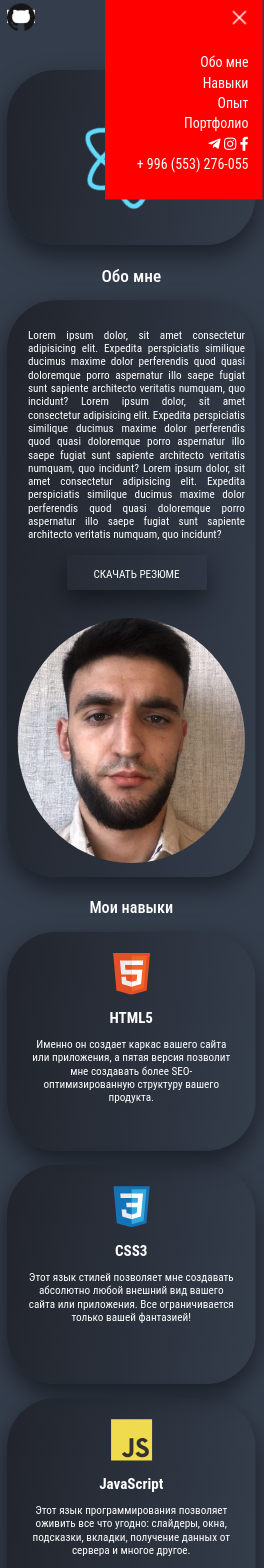
Repository: aligadzhiev0595/my-portfolio
Page: index.html
An editor plug-in stored every save of this project. The page is shown before and after the next save, followed by the edit.
The browser window is 375 px wide. The page is 377 px wide, so the pictures cover 377 px, including what lies to the right of the window. The pictures show the part of the page from y = 0 to 2240 px (the page is 5534 px tall), at 70% of full size.
After loading, the first visible `div.burger` was clicked once.
The style sheet was rebuilt from its Sass, Less or Tailwind sources for each picture, by a compiler version that may differ from the author's.

Above is the page before, as saved 2021-05-09 23:00:37.
Console error: TypeError: Cannot read properties of null (reading 'classList')

### index.html
<!DOCTYPE html>
<html lang="en">

<head>
  <meta charset="UTF-8">
  <meta name="viewport" content="width=device-width, initial-scale=1.0">
  <link rel="icon" href="./favicon-32x32.png" type="image/x-icon">
  <link rel="stylesheet" href="./src/css/style.css">
  <title>Portfolio</title>
</head>

<body data-mdb-spy="scroll" data-mdb-target="#scrollspy" data-mdb-offset="0">

  <header class="header fixed-top">
    <div class="container">
      <a href="https://github.com/hopetodie" class="header__brand" target="_blank">
        <img class="header__img" src="./src/image/header/GitHub-Mark-32px.png" alt="brand img-fluid">
      </a>
      <nav id="scrollspy" class="nav">
        <ul class="nav__list">
          <li class="nav__item">
            <a class="nav__link" href="#about-me">Обо мне</a>
          </li>
          <li class="nav__item">
            <a class="nav__link" href="#skills">Навыки</a>
          </li>
          <li class="nav__item">
            <a class="nav__link" href="#experience">Опыт</a>
          </li>
          <li class="nav__item">
            <a class="nav__link" href="#portfolio">Портфолио</a>
          </li>
        </ul>
        <ul class="nav__list flex-row justify-content-end">
          <li class="nav__item">
            <a class="nav__link" href="https://t.me/hopetodiex" target="_blank"><i
                class="fab fa-telegram-plane"></i></a>
          </li>
          <li class="nav__item">
            <a class="nav__link" href="https://www.instagram.com/ali.gadjiev05" target="_blank"><i
                class="fab fa-instagram"></i></a>
          </li>
          <li class="nav__item">
            <a class="nav__link" href="https://www.facebook.com/" target="_blank"><i class="fab fa-facebook-f"></i></a>
          </li>
        </ul>
        <a class="nav__phone" href="tel:996553276055">+ 996 (553) 276-055 </a>
      </nav>
      <div class="burger">
        <span class="burger__line"></span>
      </div>
    </div>
  </header>
  <main>
    <section class="react-animation">
      <div class="container">
        <div class="row">
          <div class="col">
            <div class="wrapper">
              <img class="wrapper__logo" src="./src/image/react/logo.svg" alt="">
            </div>
          </div>
          <div class="col">
            <div class="wrapper">
              <img class="wrapper__logo" src="./src/image/react/logo.svg" alt="">
            </div>
          </div>
          <div class="col">
            <div class="wrapper">
              <img class="wrapper__logo" src="./src/image/react/logo.svg" alt="">
            </div>
          </div>
          <div class="col">
            <div class="wrapper">
              <img class="wrapper__logo" src="./src/image/react/logo.svg" alt="">
            </div>
          </div>
        </div>
      </div>
    </section>
    <section class="about-me" id='about-me'>
      <div class="container">
        <h2 class="about-me__title">Обо мне</h2>
        <div class="about-me__block">
          <div class="wrapper1 wrapper">

            <p class="wrapper__subtitle">
              Lorem ipsum dolor, sit amet consectetur adipisicing elit. Expedita perspiciatis similique ducimus maxime
              dolor perferendis quod quasi doloremque porro aspernatur illo saepe fugiat sunt sapiente architecto
              veritatis numquam, quo incidunt?
              Lorem ipsum dolor, sit amet consectetur adipisicing elit. Expedita perspiciatis similique ducimus maxime
              dolor perferendis quod quasi doloremque porro aspernatur illo saepe fugiat sunt sapiente architecto
              veritatis numquam, quo incidunt?
              Lorem ipsum dolor, sit amet consectetur adipisicing elit. Expedita perspiciatis similique ducimus maxime
              dolor perferendis quod quasi doloremque porro aspernatur illo saepe fugiat sunt sapiente architecto
              veritatis numquam, quo incidunt?

            </p>
            <a class="wrapper__btn mybtn" href="./src/image/resume/Resume.pdf" download>скачать резюме</a>
          </div>
          <div class="wrapper2 wrapper">
            <div class="wrapper__img">
              <img class="img" src="./src/image/about-me/E3rtKXwRQ_w.jpeg" alt="leo its me">
            </div>
          </div>

        </div>
      </div>
    </section>
    <section class="skills" id='skills'>
      <div class="container">
        <h3 class="skills__title">Мои навыки</h3>
        <div class="row">
          <div class="col col-sm-12 col-md-4 col-lg-4 col-xl-4 hover-zoom">
            <div class="wrapper">
              <img class="wrapper__img" src="./src/image/skills/html.svg" alt="">
              <h4 class="wrapper__title">HTML5</h4>
              <p class="wrapper__subtitle">Именно он создает каркас вашего сайта или приложения, а пятая версия позволит
                мне создавать более SEO-оптимизированную структуру вашего продукта.</p>
            </div>
          </div>
          <div class="col col-sm-12 col-md-4 col-lg-4 col-xl-4 hover-zoom">
            <div class="wrapper">
              <img class="wrapper__img" src="./src/image/skills/css3.svg" alt="">
              <h4 class="wrapper__title">CSS3</h4>
              <p class="wrapper__subtitle">Этот язык стилей позволяет мне создавать абсолютно любой внешний вид вашего
                сайта или приложения. Все ограничивается только вашей фантазией!</p>
            </div>
          </div>
          <div class="col col-sm-12 col-md-4 col-lg-4 col-xl-4 hover-zoom">
            <div class="wrapper">
              <img class="wrapper__img" src="./src/image/skills/javascript.svg" alt="">
              <h4 class="wrapper__title">JavaScript</h4>
              <p class="wrapper__subtitle">Этот язык программирования позволяет оживить все что угодно: слайдеры, окна,
                подсказки, вкладки, получение данных от сервера и многое другое.</p>
            </div>
          </div>
          <div class="col col-sm-12 col-md-4 col-lg-4 col-xl-4 hover-zoom">
            <div class="wrapper">
              <img class="wrapper__img" src="./src/image/skills/jquery.svg" alt="">
              <h4 class="wrapper__title">jQuery</h4>
              <p class="wrapper__subtitle">Библиотека Jquery позволит ускорить разработку. Без необходимости
                интегрировать в проект мы её не будем, но навык работы с ней присутствует.</p>
            </div>
          </div>
          <div class="col col-sm-12 col-md-4 col-lg-4 col-xl-4 hover-zoom">
            <div class="wrapper">
              <img class="wrapper__img" src="./src/image/skills/react.svg" alt="">
              <h4 class="wrapper__title">React</h4>
              <p class="wrapper__subtitle">Это декларативная, эффективная и гибкая JavaScript библиотека для создания
                пользовательских интерфейсов. Она позволяет вам собирать сложный UI из маленьких изолированных кусочков
                кода, называемых «компонентами».</p>
            </div>
          </div>
          <div class="col col-sm-12 col-md-4 col-lg-4 col-xl-4 hover-zoom">
            <div class="wrapper">
              <img class="wrapper__img" src="./src/image/skills/redux.svg" alt="">
              <h4 class="wrapper__title">Redux</h4>
              <p class="wrapper__subtitle">Это способ управления состоянием приложения. Она основана на нескольких
                концепциях, изучив которые, можно с лёгкостью решать проблемы с состоянием.</p>
            </div>
          </div>
        </div>
      </div>
    </section>
    <section class="experience" id='experience'>
      <div class="container">
        <h3 class="experience__title">Мой опыт</h3>
        <div class="row">
          <div class="col-12 col-sm-12 col-md-4 col-lg-4 col-xl-4 ">
            <div class="wrapper exp">
              <div class="wrapper__percent">
                <svg class="wrapper__svg">
                  <circle class="wrapper__svg-circle" cx='70' cy='70' r='70'></circle>
                  <circle class="wrapper__svg-circle" cx='70' cy='70' r='70'></circle>
                </svg>
                <div class="wrapper__number">
                  <h4 class="wrapper__titleH"> <span class="wrapper__span">%</span></h4>
                </div>
              </div>

              <div class="wrapper__text">
                <h5 class="wrapper__subtitleH">HTML5</h5>
              </div>
            </div>
          </div>
          <div class="col-12 col-sm-12 col-md-4 col-lg-4 col-xl-4">
            <div class="wrapper">
              <div class="wrapper__percent">
                <svg class="wrapper__svg">
                  <circle class="wrapper__svg-circleC" cx='70' cy='70' r='70'></circle>
                  <circle class="wrapper__svg-circleC" cx='70' cy='70' r='70'></circle>
                </svg>
                <div class="wrapper__number">
                  <h4 class="wrapper__titleC"> <span class="wrapper__span">%</span></h4>
                </div>
              </div>

              <div class="wrapper__text">
                <h5 class="wrapper__subtitleC">CSS3</h5>
              </div>
            </div>
          </div>
          <div class="col-12 col-sm-12 col-md-4 col-lg-4 col-xl-4">
            <div class="wrapper">
              <div class="wrapper__percent">
                <svg class="wrapper__svg">
                  <circle class="wrapper__svg-circleJs" cx='70' cy='70' r='70'></circle>
                  <circle class="wrapper__svg-circleJs" cx='70' cy='70' r='70'></circle>
                </svg>
                <div class="wrapper__number">
                  <h4 class="wrapper__titleJs"><span class="wrapper__span">%</span></h4>
                </div>
              </div>

              <div class="wrapper__text">
                <h5 class="wrapper__subtitleJs">jS</h5>
              </div>
            </div>
          </div>
          <div class="col-12 col-sm-12 col-md-4 col-lg-4 col-xl-4">
            <div class="wrapper">
              <div class="wrapper__percent">
                <svg class="wrapper__svg">
                  <circle class="wrapper__svg-circleJ" cx='70' cy='70' r='70'></circle>
                  <circle class="wrapper__svg-circleJ" cx='70' cy='70' r='70'></circle>
                </svg>
                <div class="wrapper__number">
                  <h4 class="wrapper__titleJ"><span class="wrapper__span">%</span></h4>
                </div>
              </div>

              <div class="wrapper__text">
                <h5 class="wrapper__subtitleJ">jQuery</h5>
              </div>
            </div>
          </div>
          <div class="col-12 col-sm-12 col-md-4 col-lg-4 col-xl-4">
            <div class="wrapper">
              <div class="wrapper__percent">
                <svg class="wrapper__svg">
                  <circle class="wrapper__svg-circleR" cx='70' cy='70' r='70'></circle>
                  <circle class="wrapper__svg-circleR" cx='70' cy='70' r='70'></circle>
                </svg>
                <div class="wrapper__number">
                  <h4 class="wrapper__titleR"><span class="wrapper__span">%</span></h4>
                </div>
              </div>

              <div class="wrapper__text">
                <h5 class="wrapper__subtitleR">React</h5>
              </div>
            </div>
          </div>
          <div class="col-12 col-sm-12 col-md-4 col-lg-4 col-xl-4">
            <div class="wrapper">
              <div class="wrapper__percent">
                <svg class="wrapper__svg">
                  <circle class="wrapper__svg-circleRe" cx='70' cy='70' r='70'></circle>
                  <circle class="wrapper__svg-circleRe" cx='70' cy='70' r='70'></circle>
                </svg>
                <div class="wrapper__number">
                  <h4 class="wrapper__titleRe"><span class="wrapper__span">%</span></h4>
                </div>
              </div>

              <div class="wrapper__text">
                <h5 class="wrapper__subtitleRe">Redux</h5>
              </div>
            </div>
          </div>
        </div>
      </div>
    </section>
    <section class="portfolio" id='portfolio'>
      <div class="container">
        <h2 class="portfolio__title">Мои работы</h2>
        <div id="carousel2">
          <figure id="spinner">
            <a href="https://hopetodie.github.io/store/" target="_blank">
              <img src="./src/image/portfolio/run.webp" alt="">
            </a>
            <a href="https://hopetodie.github.io/Game-store/" target="_blank">
              <img class="portfolio-carousel-item__img" src="./src/image/portfolio/game.webp" alt="">
            </a>
            <a href="https://hopetodie.github.io/carsharing/" target="_blank">
              <img class="portfolio-carousel-item__img" src="./src/image/portfolio/car.webp" alt="">
            </a>
            <a href="https://hopetodie.github.io/IT-studio/" target="_blank">
              <img class="portfolio-carousel-item__img" src="./src/image/portfolio/it.webp" alt="">
            </a>
            <a href="https://hopetodie.github.io/Cubaa/" target="_blank">
              <img class="portfolio-carousel-item__img " src="./src/image/portfolio/kubat.webp" alt="">
            </a>
            <a href="https://hopetodie.github.io/Game-store/" target="_blank">
              <img class="portfolio-carousel-item__img" src="./src/image/portfolio/game.webp" alt="">
            </a>
            <a href="https://hopetodie.github.io/store/" target="_blank">
              <img src="./src/image/portfolio/run.webp" alt="">
            </a>
            <a href="https://hopetodie.github.io/carsharing/" target="_blank">
              <img class="portfolio-carousel-item__img" src="./src/image/portfolio/car.webp" alt="">
            </a>


          </figure>
        </div>
        <span style="float:left" class="ss-icon" onclick="galleryspin('-')">&lt;</span>
        <span style="float:right" class="ss-icon" onclick="galleryspin('')">&gt;</span>
      </div>
    </section>
    <section class="carousel">
      <div class="container">
        <h2 class="carousel__title">Мои работы</h2>
        <div class="flex-wrapper">
          <div class="slider-wrapper">
            <div class="slide active">
              <a href="https://hopetodie.github.io/store/" target="_blank">
                <img src="./src/image/portfolio/run.webp" alt="">
              </a>
            </div>
            <div class="slide">
              <a href="https://hopetodie.github.io/Game-store/" target="_blank">
                <img class="portfolio-carousel-item__img" src="./src/image/portfolio/game.webp" alt="">
              </a>
            </div>
            <div class="slide">
              <a href="https://hopetodie.github.io/carsharing/" target="_blank">
                <img class="portfolio-carousel-item__img" src="./src/image/portfolio/car.webp" alt="">
              </a>
            </div>
            <div class="slide">
              <a href="https://hopetodie.github.io/IT-studio/" target="_blank">
                <img class="portfolio-carousel-item__img" src="./src/image/portfolio/it.webp" alt="">
              </a>
            </div>
            <div class="slide">
              <a href="https://hopetodie.github.io/Cubaa/" target="_blank">
                <img class="portfolio-carousel-item__img " src="./src/image/portfolio/kubat.webp" alt="">
              </a>
            </div>
            <div id="btn-prev"></div>
            <div id="btn-next"></div>
          </div>
        </div>
        <div class="dots-wrapper">
          <span class="dot active"></span>
          <span class="dot"></span>
          <span class="dot"></span>
          <span class="dot"></span>
          <span class="dot"></span>
        </div>
      </div>
    </section>
  </main>
  <footer class="footer">
    <span> © Все права защищены</span>
  </footer>
  <script src="./src/libs/jquery/jquery.min.js"></script>
  <script src="./src/libs/mdb-ui-kit/js/mdb.min.js"></script>
  <script src="./src/js/main.js"></script>
</body>

</html>

### src/css/style.scss
@import url(../libs/mdb-ui-kit/css/mdb.min.css);
@import url(../libs/fontawesome/css/all.min.css);


body {
  background: rgb(52, 61, 75);
  color: #1B1818;
  font-weight: 400;
  font-size: 16px;
  line-height: 19px;
  font-family: 'Roboto Condensed', sans-serif;
  // font-family: 'Fire Sans', sans-serif;
}
  .container {
    max-width: 1220px;
    padding: 0 10px;
    margin: 0 auto;
}
a {
  text-decoration: none;
}
li {
  list-style: none;
}

*{
    margin: 0;
    padding: 0;
    box-sizing: border-box;
}


@import '../scss/variables';
@import '../scss/header';
@import '../scss/react-animation';
@import '../scss/about-me';
@import '../scss/skills';
@import '../scss/experience';
@import '../scss/portfolio';
@import '../scss/carousel';
@import '../scss/footer';
@import '../scss/media';

### src/scss/_variables.scss
.mybtn{
    display: block;
    outline: none;
    border:1px solid transparent;
    user-select: none;
    background-color: transparent ;
    text-align: center;
    vertical-align: middle;
    cursor: pointer;
}

### src/scss/_header.scss
.header {
    padding: 5px 0;
    transition:  0.6s ease;
    &_sticky{
        background: rgb(52, 61, 75);
        box-shadow: 0 15px 35px rgba(0, 0, 0, 0.5);
        transition: 0.6s ease;
    }
    &__brand {
        width: 50px;
        height: 50px;
        background: #fff;
        &:hover{
            -webkit-box-shadow: 0px 0px 101px 1px rgba(130,217,249,1);
            -moz-box-shadow: 0px 0px 101px 1px rgba(130,217,249,1);
            box-shadow: 0px 0px 101px 1px rgba(130,217,249,1);
            background: rgba(130,217,249,1);
        }
    }
    &__img {

        width: 40px;
        height: 40px;
    }
    .nav {

        width: 100%;
        max-width: 1220px;
        display: flex;
        justify-content: space-between;
        align-items: center;
        &__list {
            display: flex;
            margin-bottom: 0;
        }

        &__item {
            margin-right: 15px;

            &:last-child {
                margin-right: 0;
            }
        }

        &__link {
            color: #fff;
            &:hover{
                color: rgba(130,217,249,1);
            }
        }

        &__phone {
            color: #fff;
            &:hover{
                color: rgba(130,217,249,1);
            }
        }
    }
}

### src/scss/_react-animation.scss
.react-animation{
    padding-top: 100px;
    padding-bottom: 30px;
    .row{
      .col{
        .wrapper{
          box-shadow: 0 15px 35px rgba(0, 0, 0, 0.5);
          background: linear-gradient(95deg, rgb(33, 36, 44) 0%, rgba(15, 15, 16, 0) 100%);
        border-radius: 70px;
          text-align: center;
          &__logo {
            width: 250px;
            height: 250px;
            animation: React infinite 20s linear;
          }

          @keyframes React {
            from {
              transform: rotate(0deg);
            }
            to {
              transform: rotate(360deg);
            }
          }
        }
      }
    }
}

### src/scss/_skills.scss
.skills {
    padding-bottom: 50px;
    &__title{
        color: #fff;
        text-align: center;
        margin-bottom: 20px;
    }
            .wrapper {
                min-height: 313px;
                background: linear-gradient(95deg, rgb(33, 36, 44) 0%, rgba(15, 15, 16, 0) 100%);
                margin-bottom: 20px;
                box-shadow: 0 15px 35px rgba(0,0,0,0.5);
                border-radius: 70px;

                &:hover{
                    -webkit-box-shadow: 0px 0px 101px 1px rgba(130,217,249,1);
                    -moz-box-shadow: 0px 0px 101px 1px rgba(130,217,249,1);
                    box-shadow: 0px 0px 101px 1px rgba(130,217,249,1);
                }
                padding: 30px;
                &__img {
                    width: 60px;
                    height: 60px;

                    &:hover {
                        transform: scale(1.25);
                        transition: all .5s;
                    }
                }

                &__title {
                    color: #fff;
                    font-weight: bold;
                    margin-top: 20px;
                }

                &__subtitle {
                    color: #fff;
                    margin-top: 15px;
                    text-align: left;
                }
            }
        }

### src/scss/_carousel.scss
.carousel{
    display: none;
    &__title {
        padding-bottom: 20px;
        color: #fff;
        text-align: center;
    }
    .flex-wrapper{
        width: 100%;
        display: flex;
        justify-content: center;
        box-shadow: 0 15px 35px rgba(0, 0, 0, 0.5);
        border-radius: 70px;
        background: linear-gradient(95deg, rgb(33, 36, 44) 0%, rgba(15, 15, 16, 0) 100%);
    }
    .slider-wrapper{
        max-width: 800px;
        width: 100%;
        height: 490px;
        position: relative;
        box-shadow: 10px 10px 44px -10px rgba(0, 0, 0, 0.75);
    }
    #btn-prev, #btn-next{
        position: absolute;
        left: 0;
        top: 0;
        height: 100%;
        width: 50px;
        background: gray;
        opacity: 0.4;
        cursor: pointer;
        transition: opacity .2s ease-in-out;
    }
    #btn-prev{
        &:hover{
            opacity: 0.6;
        }
    }
    #btn-next{
        left: auto;
        right: 0;
        &:hover{
            opacity: 0.6;
        }
    }
    .slide{
        width: 100%;
        height: 100%;
        display: none;
    }
    .slide.active{
        display: block;
    }
    img{
        width: 100%;
        height: 100%;
    }
    .dots-wrapper{
        display: flex;
        justify-content: center;
        margin-top: 15px;
    }
    .dot.active{
        background: rgba(130,217,249,1);
    }
    span{
        width: 15px;
        height: 15px;
        border-radius: 50%;
        background: gray;
        margin-right: 10px;
        cursor: pointer;
        &:last-child{
            margin-right: 0;
        }
    }
}

### src/scss/_footer.scss
.footer{
    margin-top: 70px;
    width: 100%;
    display: flex;
    justify-content: center;
    align-items: center;
    height: 50px;
    box-shadow: 0 15px 35px rgba(0, 0, 0, 0.5);
    color: #fff;
  }

### src/scss/_media.scss
@media (max-width: 576px) {
    .container {
        max-width: 576px;
        width: 100%;
        margin: 0 auto;
    }
.header{

        .nav {
            display: none;
            align-items: flex-end;
            position: fixed;
            right: 0;
            top: 0;
            padding-top: 60px;
            padding-right: 20px;
            background: red;
            width: 60%;
            padding-bottom: 40px;
            font-size: 20px;

            &.active {
                display: flex;
                flex-direction: column;
            }
            &__list{
                display: flex;
                flex-direction: column;
                width: 100%;
                align-items: flex-end;
                column-gap: 5px;

                &:first-child{
                    padding-top: 20px;
                }
            }
            &__link{
            }
            &__item{
                margin-right: 0;
                // &:not(:last-child){
                //     margin-bottom: 10px;
                // }
                margin-bottom: 10px;
            }


        }
        .burger {
            position: fixed;
            top: 25px;
            transform: translateY(-50%);
            right: 20px;
            width: 26px;
            height: 26px;
            display: flex;
            align-items: center;
            cursor: pointer;

            &.active {
                .burger__line {
                    background: none;

                    &::before {
                        transform: rotate(135deg);
                        top: 0;
                    }

                    &::after {
                        transform: rotate(45deg);
                        bottom: 0;
                    }
                }
            }

            &__line {
                position: relative;
                width: 30px;
                height: 2px;
                background: #fff;

                &::before {
                    content: '';
                    position: absolute;
                    width: 100%;
                    height: 100%;
                    background: #fff;
                    top: 8px;
                    left: 0;
                    transition: .25s;
                }

                &::after {
                    content: '';
                    position: absolute;
                    width: 100%;
                    height: 100%;
                    background: #fff;
                    bottom: 8px;
                    left: 0;
                    transition: .25s;
                }
            }
        }

}
    .react-animation {
        .col {
            &:nth-child(1) {
                display: none;
            }

            &:nth-child(2) {
                display: none;
            }

            &:nth-child(3) {
                display: none;
            }
        }

    }

    .about-me {
        padding-bottom: 30px;

       &__block{
           .wrapper{
               width: 100%;
               &2{
                   margin-top: 40px;
               }
           }

       }
    }

    .portfolio {
        display: none;
        &__title {
            padding-bottom: 10px;
        }

        div#carousel2 {
            perspective: 1200px;
            box-shadow: 0 15px 35px rgba(0, 0, 0, 0.5);
            background: linear-gradient(95deg, rgb(33, 36, 44) 0%, rgba(15, 15, 16, 0) 100%);
            padding-top: 15%;
            font-size: 0;
            margin-bottom: 3rem;
            overflow: hidden;
            border-radius: 70px;

        }

        figure#spinner img {
            width: 60%;
            height: 70%;
            max-width: 425px;
            position: absolute;
            left: 22%;
            top: 10%;
            transform-origin: 50% 50% -500px;
            outline: 1px solid transparent;
        }
    }
    .carousel{
        display: block;
        &__title {
            padding-bottom: 10px;
        }
        .slider-wrapper{
            height: 200px;
        }
    }

    .skills {
        padding-bottom: 20px;

        .wrapper {
            padding: 30px;

            &__img {
                width: 60px;
                height: 60px;
                margin-left: 40%;

                &:hover {
                    transform: scale(1.25);
                    transition: all .5s;
                }
            }

            &__title {
                color: #fff;
                font-weight: bold;
                margin-top: 20px;
                text-align: center;
            }

            &__subtitle {
                color: #fff;
                margin-top: 15px;
                text-align: center;
            }
        }
    }

    .experience {
        padding-bottom: 25px;
    }
}

Loaded but not shown: src/libs/jquery/jquery.min.js (library); src/libs/mdb-ui-kit/js/mdb.min.js (library); src/libs/mdb-ui-kit/css/mdb.min.css (library); src/libs/fontawesome/css/all.min.css (library); src/js/main.js (97 lines, source omitted); src/scss/_experience.scss (419 lines, source omitted); src/scss/_about-me.scss (79 lines, source omitted); src/scss/_portfolio.scss (111 lines, source omitted)

After the next save:
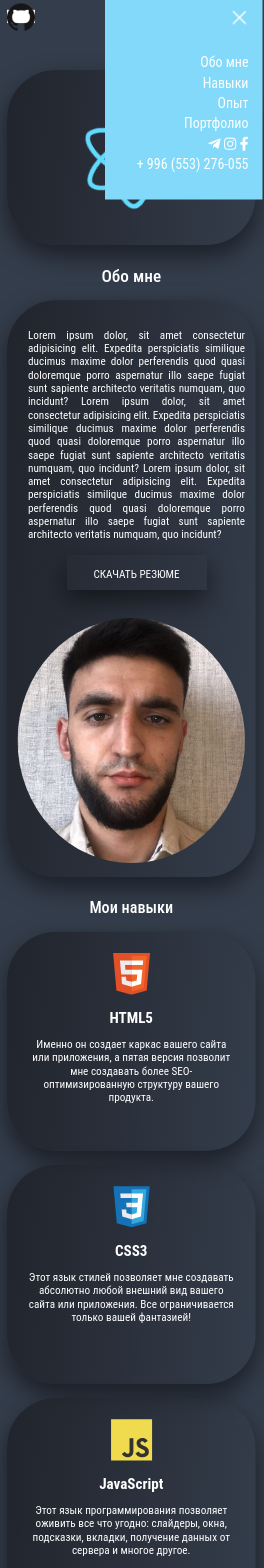
Saved 67 s later.
--- a/src/scss/_media.scss
+++ b/src/scss/_media.scss
@@ -14,7 +14,7 @@
             top: 0;
             padding-top: 60px;
             padding-right: 20px;
-            background: red;
+            background: rgba(130, 217, 249, 1);
             width: 60%;
             padding-bottom: 40px;
             font-size: 20px;
